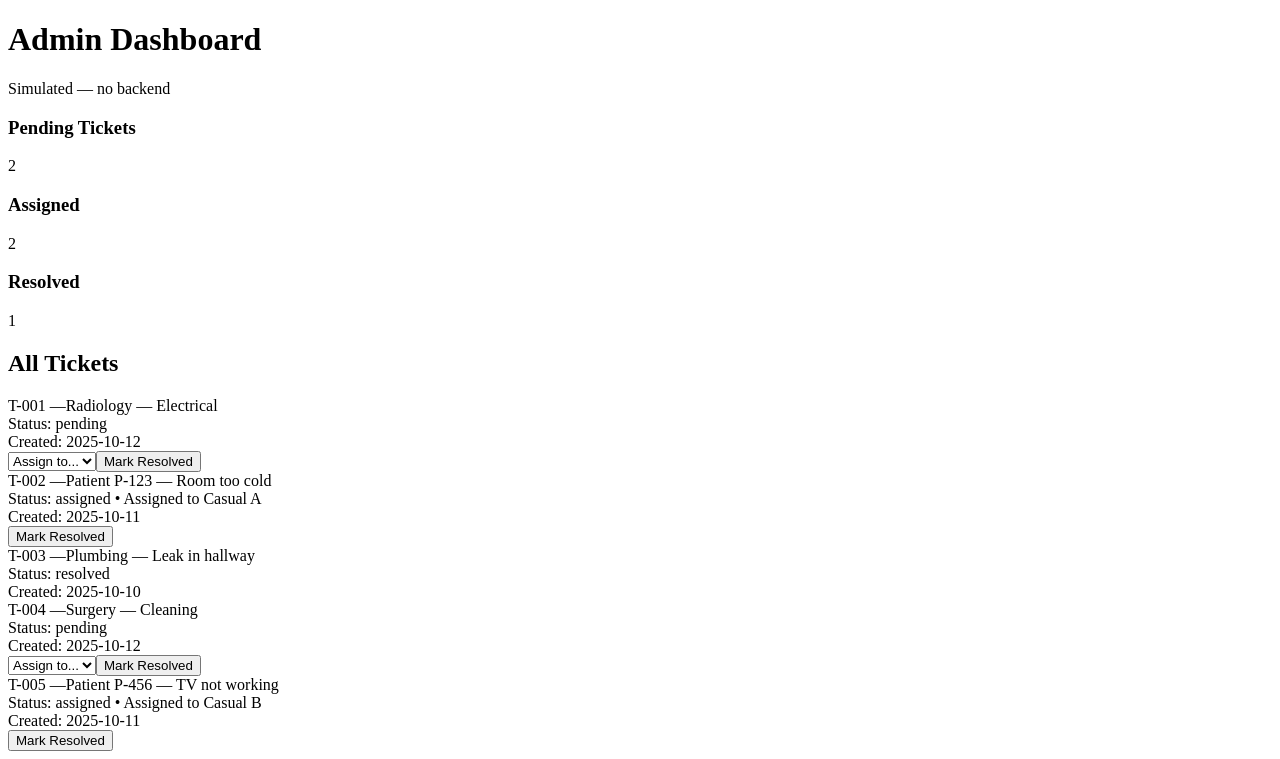
Repository: Ndegwa2/Kenyatta
Page: /admin (app in hospital-system/frontend/)
An editor plug-in stored every save of this project. The page is shown before and after the next save, followed by the edit.
The browser window is 1280 px wide. The pictures show the whole page.
The project was rebuilt for these pictures with package versions that can differ from the ones it lists, and the page was loaded fresh each time. Also part of the build but not shown: hospital-system/frontend/src/pages/Login.jsx, hospital-system/frontend/src/components/Navbar.jsx, hospital-system/frontend/src/components/TicketCard.jsx, hospital-system/frontend/src/pages/PatientDashboard.jsx, hospital-system/frontend/src/pages/DepartmentDashboard.jsx, hospital-system/frontend/src/pages/CasualDashboard.jsx.

Above is the page before, as saved 2025-10-12 22:43:12.

After the next save:
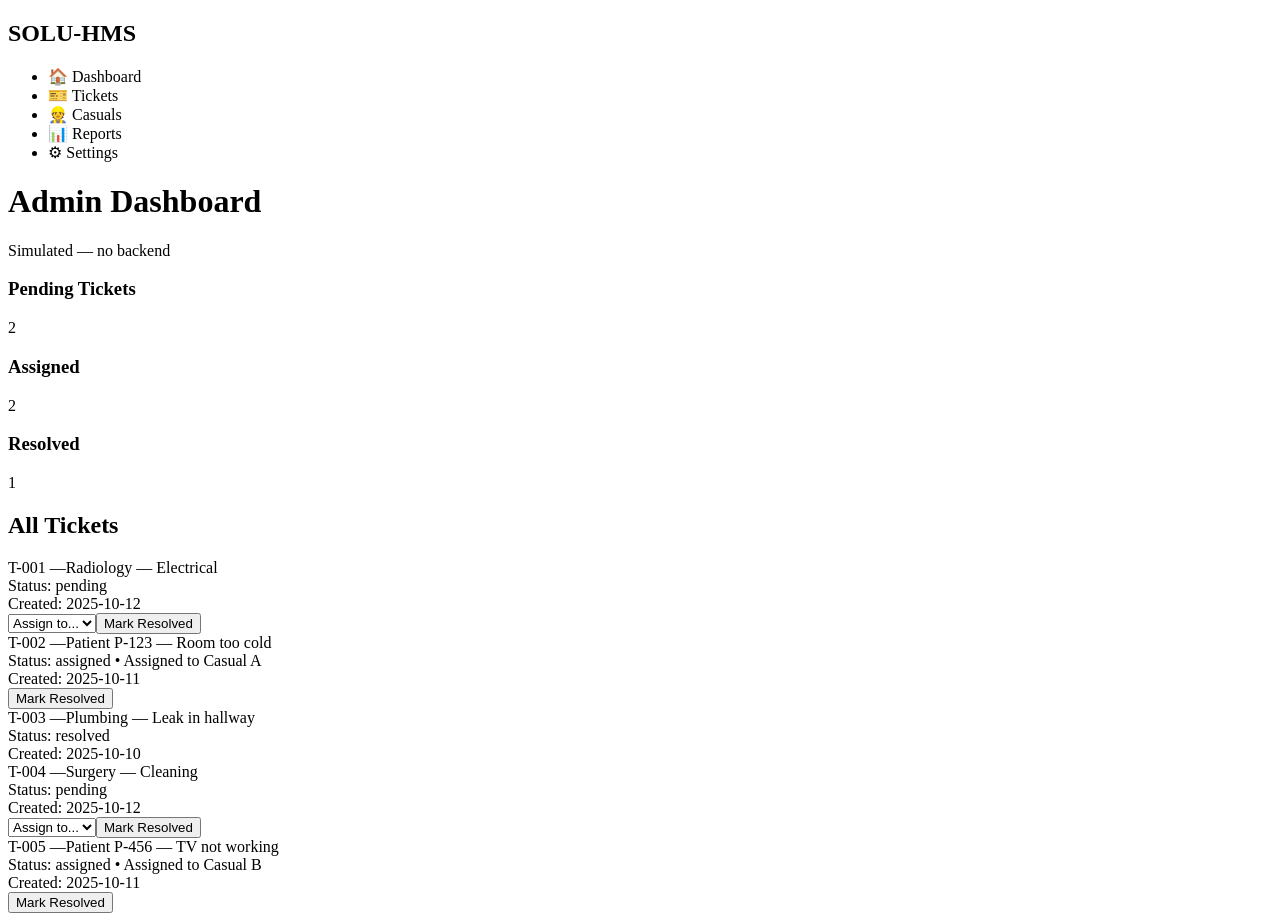
Saved 23 s later.
--- a/hospital-system/frontend/src/pages/AdminDashboard.jsx
+++ b/hospital-system/frontend/src/pages/AdminDashboard.jsx
@@ -2,6 +2,7 @@
 // Save as: src/pages/AdminDashboard.jsx
 
 import React, { useState } from "react";
+import Sidebar from '../components/Sidebar';
 
 /*
   This is a frontend-only simulation for the Admin Dashboard.
@@ -36,8 +37,9 @@ export default function AdminDashboard() {
   }
 
   return (
-    <div className="min-h-screen p-6 bg-gray-50">
-      <div className="max-w-6xl mx-auto">
+    <div className="flex min-h-screen bg-gray-50">
+      <Sidebar role="admin" />
+      <div className="flex-1 p-6">
         <header className="flex items-center justify-between mb-6">
           <h1 className="text-2xl font-bold text-gray-800">Admin Dashboard</h1>
           <div className="text-sm text-gray-600">Simulated — no backend</div>
